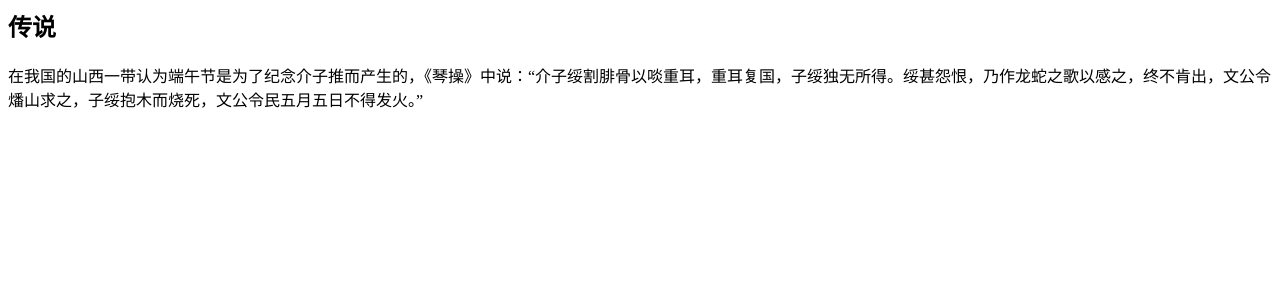
Repository: XueJie1/computer-operation-basics
Page: pages/dragonboatfes/legend.html
These files come from the project's save history. The page is drawn as it stood at one moment and after the next save; the edit follows.
The browser window is 1280 px wide. The pictures show the whole page.

Above is the page before, as saved 2023-09-11 20:58:19.

### pages/dragonboatfes/legend.html
<h2>传说</h2>
<p>在我国的山西一带认为端午节是为了纪念介子推而产生的，《琴操》中说：“介子绥割腓骨以啖重耳，重耳复国，子绥独无所得。绥甚怨恨，乃作龙蛇之歌以感之，终不肯出，文公令燔山求之，子绥抱木而烧死，文公令民五月五日不得发火。”</p>

After the next save:
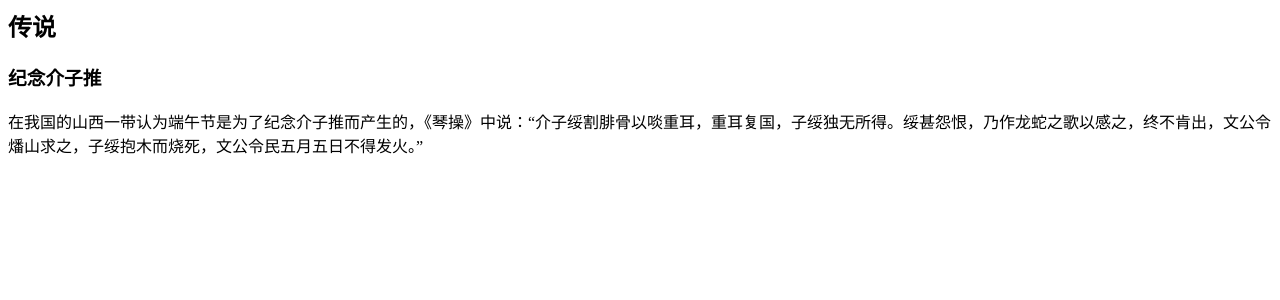
Saved 15 s later.
--- a/pages/dragonboatfes/legend.html
+++ b/pages/dragonboatfes/legend.html
@@ -1,2 +1,4 @@
 <h2>传说</h2>
+<h3>纪念介子推</h3>
 <p>在我国的山西一带认为端午节是为了纪念介子推而产生的，《琴操》中说：“介子绥割腓骨以啖重耳，重耳复国，子绥独无所得。绥甚怨恨，乃作龙蛇之歌以感之，终不肯出，文公令燔山求之，子绥抱木而烧死，文公令民五月五日不得发火。”</p>
+<h3></h3>
